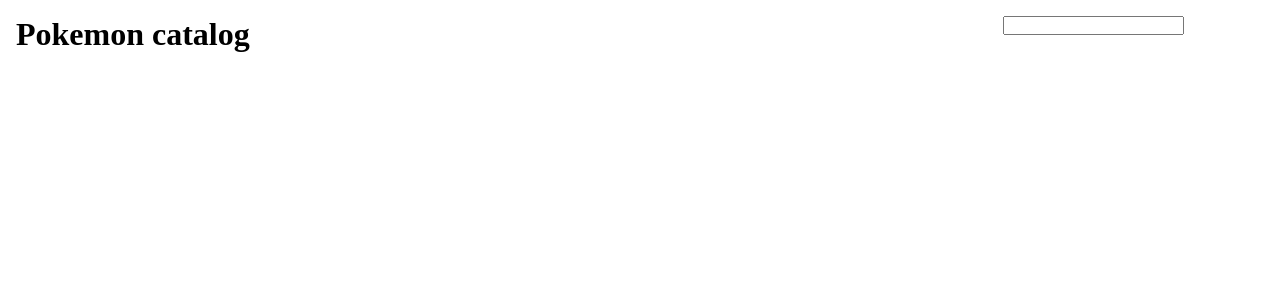
Repository: Ryszard-Penkala/pokemon-API
Page: index.html
The author's editor kept a copy of each file at every save. The page is drawn from the files as they stood at one save, then again after the next save.
The browser window is 1280 px wide. The pictures show the whole page.

Above is the page before, as saved 2020-06-23 06:25:08.

### index.html
<!DOCTYPE html>
<html lang="en">
<head>
    <meta charset="UTF-8">
    <meta name="viewport" content="width=device-width, initial-scale=1.0">
    <link rel="stylesheet" href="assets/styles/styles.css">
    <title>Pokemon API</title>
</head>
<body>
    <main class="pokemon-app">
        <header class="header-main pokemon-app__header">
            <div class="header-main__catalog">
                <h1 class="header-main__heading">Pokemon catalog</h1>
            </div>
            <div class="header-main__search-bar">
                <input class="heade-main__searching" type="text">
            </div>
        </header>
        <section class="section-main pokemon-app__section">

        </section>
        <footer class="footer-main pokemon-app__footer">
            <div class="footer-main__load-bar">
            </div>

        </footer>
    </main>


    <script src="assets/js/script.js"></script>
</body>
</html>

### assets/styles/styles.css
*, *::before, *::after{
    margin: 0;
    padding: 0;
    box-sizing: border-box;
}

.pokemon-app{
    width: 1200px;
}

.header-main{
    display: flex;
    justify-content: space-between;
    padding: 1rem;
}

.header-mian__catalog{
    display: inline-block;
}

.header-main__search-bar{
    display: inline-block;
}

Loaded but not shown: assets/js/script.js (no copy from this time; the picture is the same without it)

After the next save:
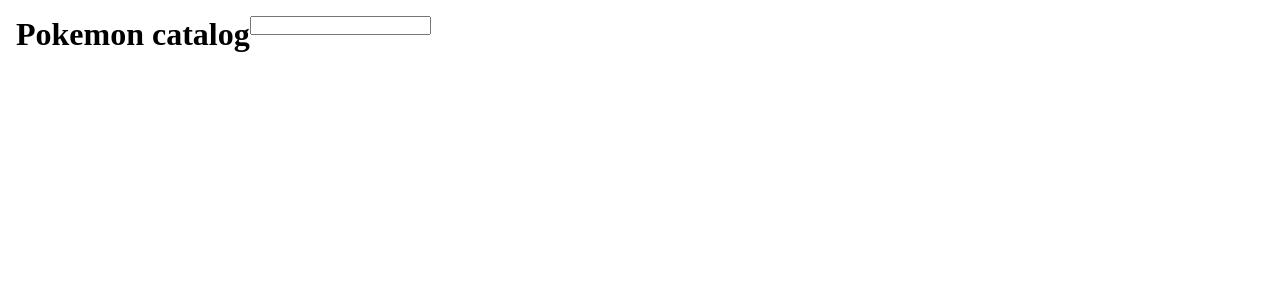
Saved 2 min 16 s later.
--- a/assets/styles/styles.css
+++ b/assets/styles/styles.css
@@ -6,6 +6,8 @@
 
 .pokemon-app{
     width: 1200px;
+    display: flex;
+    align-self: center;
 }
 
 .header-main{
